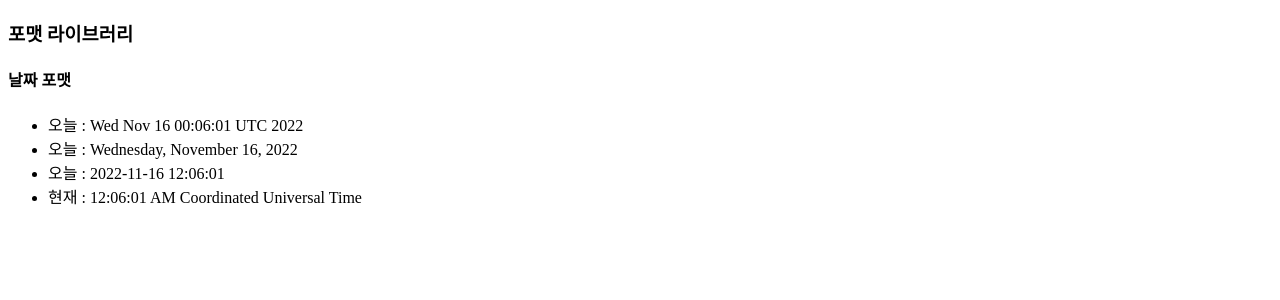
Repository: hyewoon/web
Page: http://localhost/servlet04/jstl/format.jsp
An editor plug-in stored every save of this project. The page is shown before and after the next save, followed by the edit.
The browser window is 1280 px wide. The pictures show the whole page.
The page is served by Tomcat 9.

Above is the page before, as saved 2022-11-21 05:16:20.

After the next save:
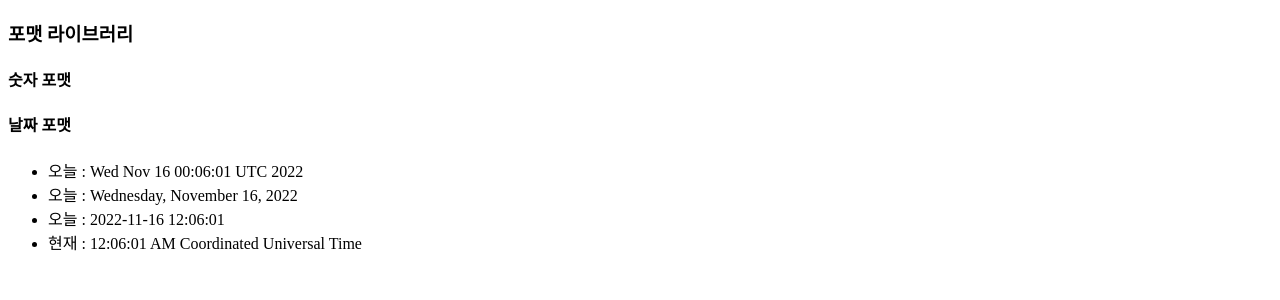
Saved 6 min 48 s later.
--- a/servlet04/src/main/webapp/jstl/format.jsp
+++ b/servlet04/src/main/webapp/jstl/format.jsp
@@ -10,6 +10,7 @@
 </head>
 <body>
 <h3>포맷 라이브러리</h3>
+<h4>숫자 포맷</h4>
 <h4>날짜 포맷</h4>
 <c:set var ='today' value ='<%= new java.util.Date() %>'/>
 <ul>
